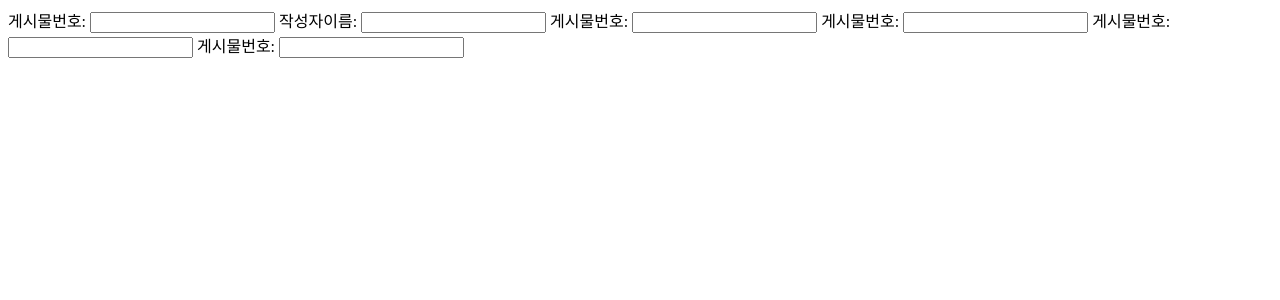
Repository: MegiLove/html_css
Page: day1130/src/main/webapp/boardTest.html
The author's editor kept a copy of each file at every save. The page is drawn from the files as they stood at one save, then again after the next save.
The browser window is 1280 px wide. The pictures show the whole page.

Above is the page before, as saved 2021-11-30 07:41:43.

### day1130/src/main/webapp/boardTest.html
<!DOCTYPE html>
<html>
<head>
<meta charset="EUC-KR">
<title>Insert title here</title>
</head>
<body>
	<form action="boardTest.jsp" method="post">
		게시물번호: <input type="number" name="number">
		작성자이름: <input type="number" name="number">
		게시물번호: <input type="number" name="number">
		게시물번호: <input type="number" name="number">
		게시물번호: <input type="number" name="number">
		게시물번호: <input type="number" name="number">
	</form>
</body>
</html>

After the next save:
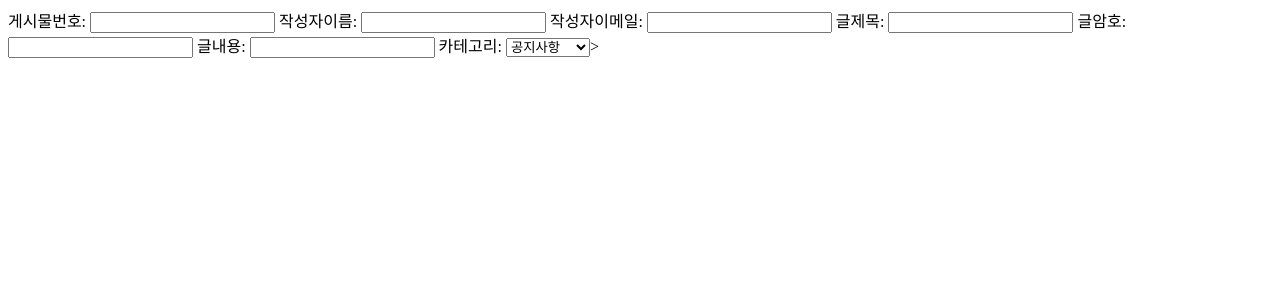
Saved 4 min 11 s later.
--- a/day1130/src/main/webapp/boardTest.html
+++ b/day1130/src/main/webapp/boardTest.html
@@ -7,11 +7,17 @@
 <body>
 	<form action="boardTest.jsp" method="post">
 		게시물번호: <input type="number" name="number">
-		작성자이름: <input type="number" name="number">
-		게시물번호: <input type="number" name="number">
-		게시물번호: <input type="number" name="number">
-		게시물번호: <input type="number" name="number">
-		게시물번호: <input type="number" name="number">
+		작성자이름: <input type="text" name="name">
+		작성자이메일: <input type="email" name="email">
+		글제목: <input type="text" name="title">
+		글암호: <input type="password" name="pwd">
+		글내용: <input type="number" name="number">
+		카테고리: <select name="category">
+		<option value="공지사항">공지사항</option>
+		<option value="QNA">QNA</option>
+		<option value="자유게시판">자유게시판</option>
+		<option value="묻고답하기">묻고답하기</option>
+		</select>>
 	</form>
 </body>
 </html>
